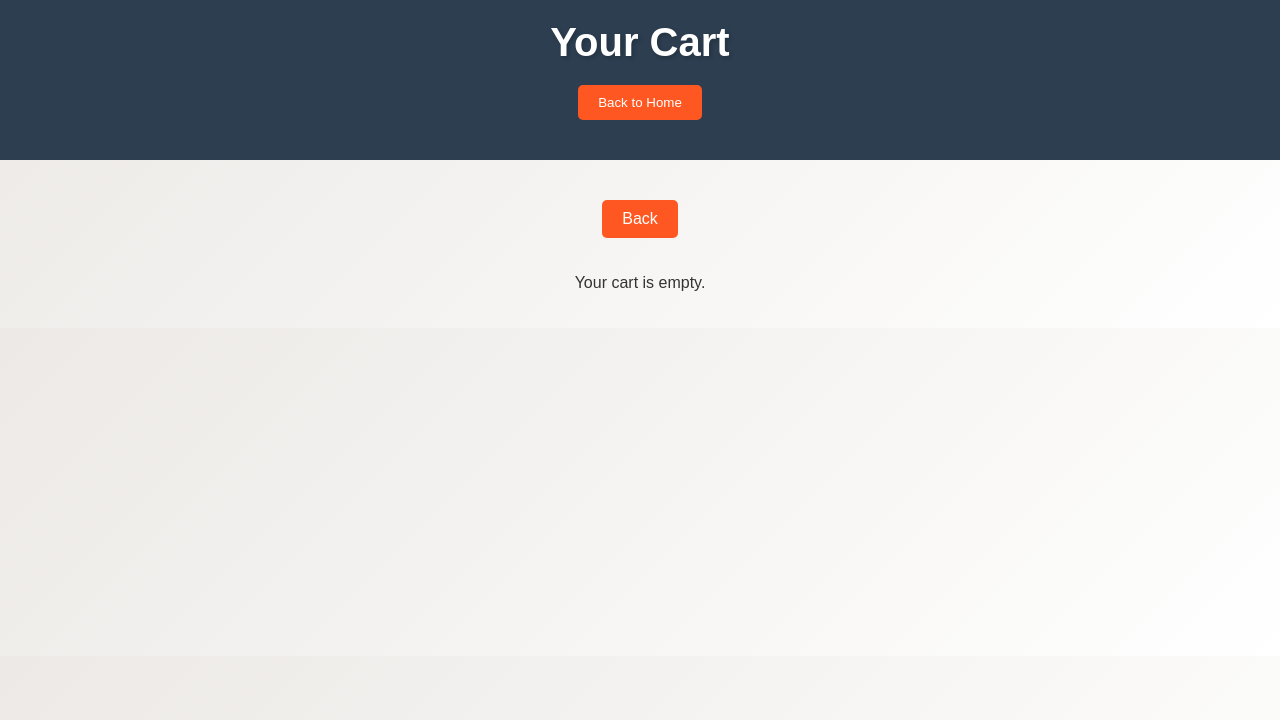
Repository: Masood395/Food-App
Page: http://localhost/FoodApp/cart.jsp
The author's editor kept a copy of each file at every save. The page is drawn from the files as they stood at one save, then again after the next save.
The browser window is 1280 px wide. The pictures show the whole page.
The page is served by Tomcat 9. Other server files are loaded and not shown.

Above is the page before, as saved 2024-11-13 12:04:02.

### FoodApp/src/main/webapp/cart.jsp
<%@ page language="java" contentType="text/html; charset=UTF-8" pageEncoding="UTF-8"%>
<%@ page import="java.util.*" %>
<%@ page import="com.tap.cartitem.CartItem" %>

<!DOCTYPE html>
<html lang="en">
<head>
    <meta charset="UTF-8">
    <title>Your Cart</title>
    <link rel="stylesheet" href="https://cdnjs.cloudflare.com/ajax/libs/font-awesome/5.15.4/css/all.min.css">
    <style>
        /* General Styling */
        body {
            font-family: 'Arial', sans-serif;
            background: linear-gradient(135deg, #ece9e6, #ffffff);
            margin: 0;
            padding: 0;
            color: #333;
        }

        /* Header Styling */
        header {
            background: #2C3E50;
            color: white;
            padding: 20px;
            text-align: center;
        }

        header h1 {
            margin: 0;
            font-size: 2.5em;
            text-shadow: 2px 2px 4px rgba(0, 0, 0, 0.2);
        }

        /* Back Button */
        .back-button {
            background: #FF5722;
            color: white;
            padding: 10px 20px;
            border: none;
            border-radius: 5px;
            cursor: pointer;
            transition: background 0.3s ease;
            margin: 20px;
            text-decoration: none;
            display: inline-block;
        }

        .back-button:hover {
            background: #E64A19;
        }

        /* Container for Cart Items */
        .cart-container {
            display: flex;
            flex-direction: column;
            align-items: center;
            padding: 20px;
            max-width: 1200px;
            margin: 0 auto;
        }

        /* Cart Item Card */
        .cart-item {
            display: flex;
            background: #fff;
            border-radius: 15px;
            overflow: hidden;
            width: 90%;
            max-width: 800px;
            margin-bottom: 20px;
            box-shadow: 0 4px 10px rgba(0, 0, 0, 0.15);
            transition: transform 0.3s ease;
            position: relative;
            animation: slideIn 0.5s ease forwards;
        }

        @keyframes slideIn {
            from { opacity: 0; transform: translateY(20px); }
            to { opacity: 1; transform: translateY(0); }
        }

        .cart-item:hover {
            transform: translateY(-5px);
        }

        .cart-item img {
            width: 200px;
            height: 200px;
            object-fit: cover;
            border-right: 1px solid #ddd;
        }

        .cart-item-details {
            padding: 20px;
            flex: 1;
            display: flex;
            flex-direction: column;
            justify-content: space-between;
        }

        .cart-item h2 {
            font-size: 1.6em;
            color: #333;
            margin: 0 0 10px;
        }

        .cart-item p {
            font-size: 1.1em;
            margin: 5px 0;
        }

        .cart-item .price {
            font-size: 1.4em;
            color: #FF5722;
            font-weight: bold;
        }

        .quantity-selector {
            display: flex;
            align-items: center;
            margin-top: 10px;
        }

        .quantity-selector select {
            padding: 8px;
            border-radius: 5px;
            border: 1px solid #ccc;
            margin-right: 10px;
            font-size: 1em;
        }

        /* Button Styles */
        .button-container {
            display: flex;
            justify-content: space-between;
            margin-top: 10px;
        }

        .update-button, .remove-button {
            background: #E74C3C;
            color: white;
            padding: 10px 15px;
            font-size: 1em;
            border: none;
            border-radius: 30 ```jsp
px;
            cursor: pointer;
            transition: background 0.3s ease;
        }

        .update-button:hover {
            background: #C0392B;
        }

        .remove-button {
            background: #FF5722;
        }

        .remove-button:hover {
            background: #E64A19;
        }

        /* Total Price Section */
        .total-section {
            font-size: 1.5em;
            font-weight: bold;
            margin-top: 20px;
            color: #333;
            text-align: center;
        }

        .checkout-button {
            display: inline-block;
            background: #28a745;
            color: white;
            padding: 15px 30px;
            font-size: 1.2em;
            border-radius: 50px;
            text-align: center;
            cursor: pointer;
            transition: background 0.3s ease;
            margin-top: 20px;
            text-decoration: none;
        }

        .checkout-button:hover {
            background: #218838;
        }

        /* Responsive Design */
        @media (max-width: 600px) {
            .cart-item {
                flex-direction: column;
                align-items: flex-start;
            }

            .cart-item img {
                width: 100%;
                height: auto;
            }

            .quantity-selector {
                margin-top: 10px;
            }
        }
    </style>
</head>
<body>

<header>
    <h1>Your Cart</h1>
    <button class="back-button" onclick="window.location.href='getMenu.jsp';">Back to Home</button>
</header>

<div class="cart-container">
    <a href="javascript:history.back()" class="back-button">Back</a>

    <%
        Map<Integer, CartItem> cart = (Map<Integer, CartItem>) session.getAttribute("cart");
        double total = 0;
        if (cart != null && !cart.isEmpty()) {
            for (CartItem item : cart.values()) {
                double itemTotal = item.getPrice() * item.getQuantity();
                total += itemTotal;
    %>
        <div class="cart-item">
            <img src="<%= item.getImage() %>" alt="<%= item.getName() %>">
            <div class="cart-item-details">
                <h2><%= item.getName() %></h2>
                <p>Restaurant: <%= item.getRestaurant() %></p>
                <p class="price">$<%= String.format("%.2f", item.getPrice()) %></p>
                <p>Quantity: <%= item.getQuantity() %></p>
                <p>Subtotal: $<%= String.format("%.2f", itemTotal) %></p>
                <div class="quantity-selector">
                    <form action="updateCart" method="post">
                        <select name="quantity" onchange="this.form.submit()">
                            <% for (int i = 1; i <= 10; i++) { %>
                                <option value="<%= i %>" <%= i == item.getQuantity() ? "selected" : "" %>><%= i %></option>
                            <% } %>
                        </select>
                        <input type="hidden" name="itemId" value="<%= item.getItemId() %>">
                    </form>
                </div>
                <div class="button-container">
                    <form action="updateCart" method="post">
                        <button type="submit" class="update-button">Update</button>
                    </form>
                    <form action="removeItem" method="post">
                        <input type="hidden" name="itemId" value="<%= item.getItemId() %>">
                        <button type="submit" class="remove-button">Remove</button>
                    </form>
                </div>
            </div>
        </div>
    <%
            }
    %>
        <div class="total-section">
            <p>Total: $<%= String.format("%.2f", total) %></p>
            <a href="checkout.jsp" class="checkout-button">Proceed to Checkout</a>
        </div>
    <%
        } else {
    %>
        <p>Your cart is empty.</p>
    <%
        }
    %>
</div>

</body>
</html>

After the next save:
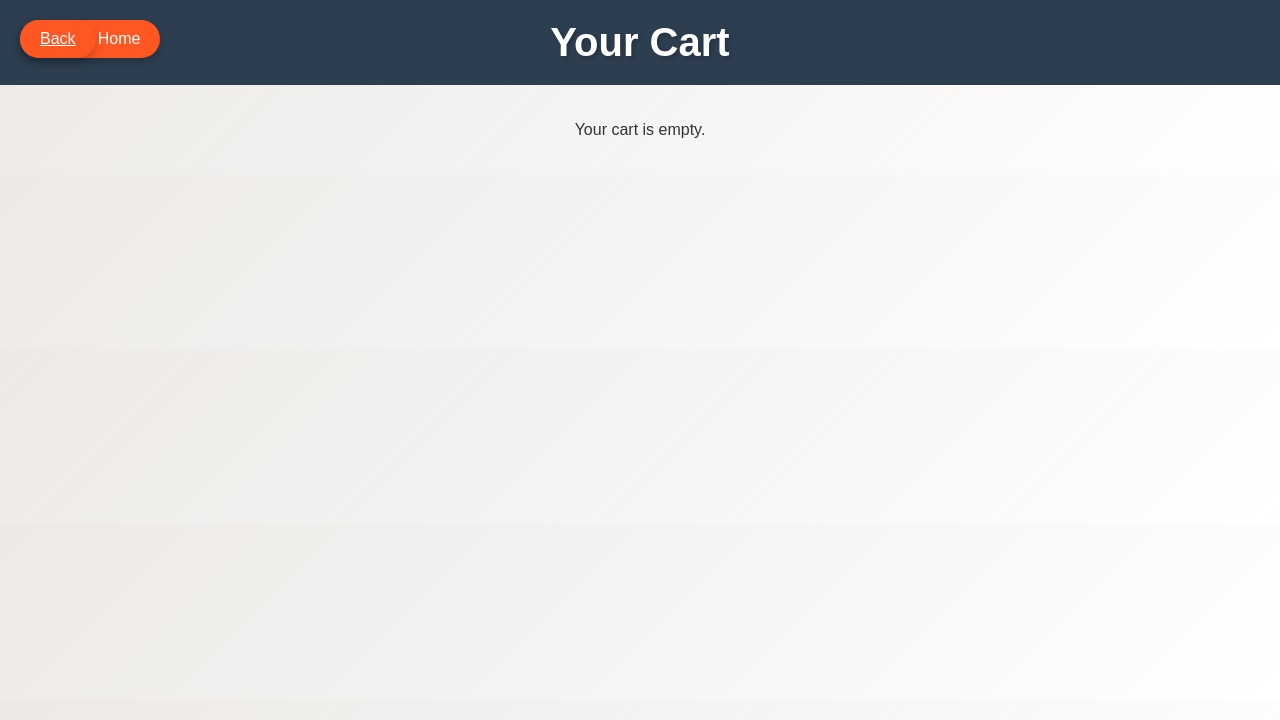
Saved 29 s later.
--- a/FoodApp/src/main/webapp/cart.jsp
+++ b/FoodApp/src/main/webapp/cart.jsp
@@ -32,18 +32,20 @@
             text-shadow: 2px 2px 4px rgba(0, 0, 0, 0.2);
         }
 
-        /* Back Button */
+        /* Back Button Styling */
         .back-button {
+            position: absolute;
+            top: 20px;
+            left: 20px;
+            padding: 10px 20px;
             background: #FF5722;
             color: white;
-            padding: 10px 20px;
+            font-size: 1em;
             border: none;
-            border-radius: 5px;
+            border-radius: 50px;
             cursor: pointer;
             transition: background 0.3s ease;
-            margin: 20px;
-            text-decoration: none;
-            display: inline-block;
+            box-shadow: 0 4px 8px rgba(0, 0, 0, 0.2);
         }
 
         .back-button:hover {
